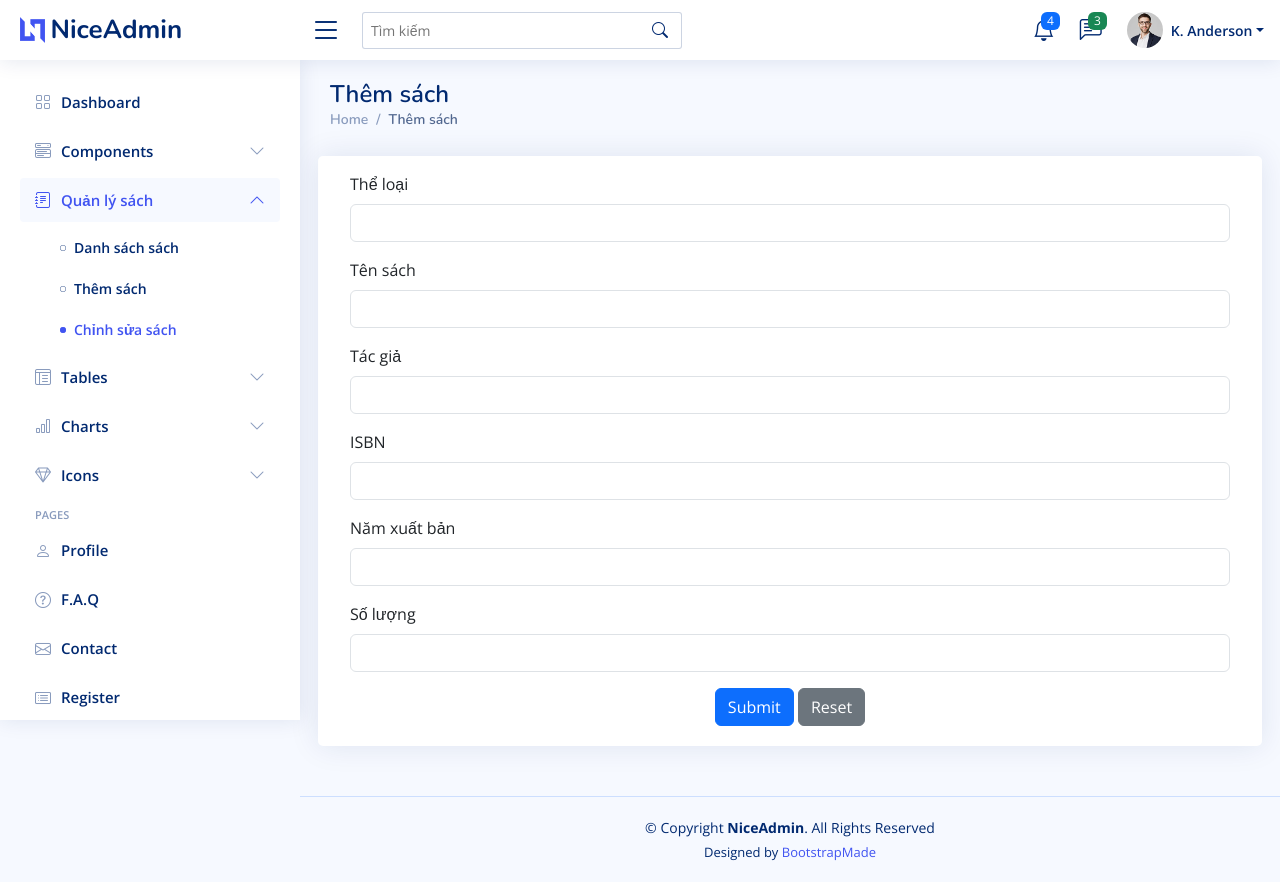
Repository: Hoainam7895123/library_manager
Page: http://localhost/library_manager/editBook.jsp
These files come from the project's save history. The page is drawn as it stood at one moment and after the next save; the edit follows.
The browser window is 1280 px wide. The pictures show the whole page.
The page is served by Tomcat 9. Other server files are loaded and not shown. The template is opened directly, without the code that normally fills it, so the values that code supplies are empty.

Above is the page before, as saved 2024-06-17 02:20:39.

### library_manager/src/main/webapp/editBook.jsp
<%@page import="java.util.ArrayList"%>
<%@page import="model.Book"%>
<%@ page language="java" contentType="text/html; charset=UTF-8"
	pageEncoding="UTF-8"%>
<!DOCTYPE html>
<html lang="en">

<head>
<meta charset="utf-8">
<meta content="width=device-width, initial-scale=1.0" name="viewport">

<title>Dashboard - NiceAdmin Bootstrap Template</title>
<meta content="" name="description">
<meta content="" name="keywords">

<!-- Favicons -->
<link href="/img/favicon.png" rel="icon">
<link href="/img/apple-touch-icon.png" rel="apple-touch-icon">

<!-- Google Fonts -->
<link href="https://fonts.gstatic.com" rel="preconnect">
<link
	href="https://fonts.googleapis.com/css?family=Open+Sans:300,300i,400,400i,600,600i,700,700i|Nunito:300,300i,400,400i,600,600i,700,700i|Poppins:300,300i,400,400i,500,500i,600,600i,700,700i"
	rel="stylesheet">

<!-- Vendor CSS Files -->
<link href="css/bootstrap.min.css" rel="stylesheet">
<link href="css/bootstrap-icons/bootstrap-icons.css" rel="stylesheet">
<link href="css/boxicons.min.css" rel="stylesheet">
<link href="css/quill.snow.css" rel="stylesheet">
<link href="css/quill.bubble.css" rel="stylesheet">
<link href="css/remixicon.css" rel="stylesheet">
<link href="css/style.css" rel="stylesheet">

<!-- Template Main CSS File -->
<link href="css/stylex.css" rel="stylesheet">

<!-- =======================================================
  * Template Name: NiceAdmin
  * Template URL: https://bootstrapmade.com/nice-admin-bootstrap-admin-html-template/
  * Updated: Apr 20 2024 with Bootstrap v5.3.3
  * Author: BootstrapMade.com
  * License: https://bootstrapmade.com/license/
  ======================================================== -->
</head>

<body>

	<!-- ======= Header ======= -->
	<header id="header" class="header fixed-top d-flex align-items-center">

		<div class="d-flex align-items-center justify-content-between">
			<a href="index.html" class="logo d-flex align-items-center"> <img
				src="assets/img/logo.png" alt=""> <span
				class="d-none d-lg-block">NiceAdmin</span>
			</a> <i class="bi bi-list toggle-sidebar-btn"></i>
		</div>
		<!-- End Logo -->

		<div class="search-bar">
			<form class="search-form d-flex align-items-center" method="GET"
				action="${pageContext.request.contextPath}/search-book">
				<input type="text" name="searchTitle" placeholder="Tìm kiếm"
					title="Enter search keyword">
				<button type="submit" title="Search">
					<i class="bi bi-search"></i>
				</button>
			</form>
		</div>
		<!-- End Search Bar -->

		<nav class="header-nav ms-auto">
			<ul class="d-flex align-items-center">

				<li class="nav-item d-block d-lg-none"><a
					class="nav-link nav-icon search-bar-toggle " href="#"> <i
						class="bi bi-search"></i>
				</a></li>
				<!-- End Search Icon-->

				<li class="nav-item dropdown"><a class="nav-link nav-icon"
					href="#" data-bs-toggle="dropdown"> <i class="bi bi-bell"></i>
						<span class="badge bg-primary badge-number">4</span>
				</a> <!-- End Notification Icon -->

					<ul
						class="dropdown-menu dropdown-menu-end dropdown-menu-arrow notifications">
						<li class="dropdown-header">You have 4 new notifications <a
							href="#"><span class="badge rounded-pill bg-primary p-2 ms-2">View
									all</span></a>
						</li>
						<li>
							<hr class="dropdown-divider">
						</li>

						<li class="notification-item"><i
							class="bi bi-exclamation-circle text-warning"></i>
							<div>
								<h4>Lorem Ipsum</h4>
								<p>Quae dolorem earum veritatis oditseno</p>
								<p>30 min. ago</p>
							</div></li>

						<li>
							<hr class="dropdown-divider">
						</li>

						<li class="notification-item"><i
							class="bi bi-x-circle text-danger"></i>
							<div>
								<h4>Atque rerum nesciunt</h4>
								<p>Quae dolorem earum veritatis oditseno</p>
								<p>1 hr. ago</p>
							</div></li>

						<li>
							<hr class="dropdown-divider">
						</li>

						<li class="notification-item"><i
							class="bi bi-check-circle text-success"></i>
							<div>
								<h4>Sit rerum fuga</h4>
								<p>Quae dolorem earum veritatis oditseno</p>
								<p>2 hrs. ago</p>
							</div></li>

						<li>
							<hr class="dropdown-divider">
						</li>

						<li class="notification-item"><i
							class="bi bi-info-circle text-primary"></i>
							<div>
								<h4>Dicta reprehenderit</h4>
								<p>Quae dolorem earum veritatis oditseno</p>
								<p>4 hrs. ago</p>
							</div></li>

						<li>
							<hr class="dropdown-divider">
						</li>
						<li class="dropdown-footer"><a href="#">Show all
								notifications</a></li>

					</ul> <!-- End Notification Dropdown Items --></li>
				<!-- End Notification Nav -->

				<li class="nav-item dropdown"><a class="nav-link nav-icon"
					href="#" data-bs-toggle="dropdown"> <i
						class="bi bi-chat-left-text"></i> <span
						class="badge bg-success badge-number">3</span>
				</a> <!-- End Messages Icon -->

					<ul
						class="dropdown-menu dropdown-menu-end dropdown-menu-arrow messages">
						<li class="dropdown-header">You have 3 new messages <a
							href="#"><span class="badge rounded-pill bg-primary p-2 ms-2">View
									all</span></a>
						</li>
						<li>
							<hr class="dropdown-divider">
						</li>

						<li class="message-item"><a href="#"> <img
								src="assets/img/messages-1.jpg" alt="" class="rounded-circle">
								<div>
									<h4>Maria Hudson</h4>
									<p>Velit asperiores et ducimus soluta repudiandae labore
										officia est ut...</p>
									<p>4 hrs. ago</p>
								</div>
						</a></li>
						<li>
							<hr class="dropdown-divider">
						</li>

						<li class="message-item"><a href="#"> <img
								src="assets/img/messages-2.jpg" alt="" class="rounded-circle">
								<div>
									<h4>Anna Nelson</h4>
									<p>Velit asperiores et ducimus soluta repudiandae labore
										officia est ut...</p>
									<p>6 hrs. ago</p>
								</div>
						</a></li>
						<li>
							<hr class="dropdown-divider">
						</li>

						<li class="message-item"><a href="#"> <img
								src="assets/img/messages-3.jpg" alt="" class="rounded-circle">
								<div>
									<h4>David Muldon</h4>
									<p>Velit asperiores et ducimus soluta repudiandae labore
										officia est ut...</p>
									<p>8 hrs. ago</p>
								</div>
						</a></li>
						<li>
							<hr class="dropdown-divider">
						</li>

						<li class="dropdown-footer"><a href="#">Show all messages</a>
						</li>

					</ul> <!-- End Messages Dropdown Items --></li>
				<!-- End Messages Nav -->

				<li class="nav-item dropdown pe-3"><a
					class="nav-link nav-profile d-flex align-items-center pe-0"
					href="#" data-bs-toggle="dropdown"> <img
						src="assets/img/profile-img.jpg" alt="Profile"
						class="rounded-circle"> <span
						class="d-none d-md-block dropdown-toggle ps-2">K. Anderson</span>
				</a> <!-- End Profile Iamge Icon -->

					<ul
						class="dropdown-menu dropdown-menu-end dropdown-menu-arrow profile">
						<li class="dropdown-header">
							<h6>Kevin Anderson</h6> <span>Web Designer</span>
						</li>
						<li>
							<hr class="dropdown-divider">
						</li>

						<li><a class="dropdown-item d-flex align-items-center"
							href="users-profile.html"> <i class="bi bi-person"></i> <span>My
									Profile</span>
						</a></li>
						<li>
							<hr class="dropdown-divider">
						</li>

						<li><a class="dropdown-item d-flex align-items-center"
							href="users-profile.html"> <i class="bi bi-gear"></i> <span>Account
									Settings</span>
						</a></li>
						<li>
							<hr class="dropdown-divider">
						</li>

						<li><a class="dropdown-item d-flex align-items-center"
							href="pages-faq.html"> <i class="bi bi-question-circle"></i>
								<span>Need Help?</span>
						</a></li>
						<li>
							<hr class="dropdown-divider">
						</li>

						<li><a class="dropdown-item d-flex align-items-center"
							href="#"> <i class="bi bi-box-arrow-right"></i> <span>Sign
									Out</span>
						</a></li>

					</ul> <!-- End Profile Dropdown Items --></li>
				<!-- End Profile Nav -->

			</ul>
		</nav>
		<!-- End Icons Navigation -->

	</header>
	<!-- End Header -->

	<!-- ======= Sidebar ======= -->
  <aside id="sidebar" class="sidebar">

    <ul class="sidebar-nav" id="sidebar-nav">

      <li class="nav-item">
        <a class="nav-link collapsed" href="index.html">
          <i class="bi bi-grid"></i>
          <span>Dashboard</span>
        </a>
      </li><!-- End Dashboard Nav -->

      <li class="nav-item">
        <a class="nav-link collapsed" data-bs-target="#components-nav" data-bs-toggle="collapse" href="#">
          <i class="bi bi-menu-button-wide"></i><span>Components</span><i class="bi bi-chevron-down ms-auto"></i>
        </a>
        <ul id="components-nav" class="nav-content collapse " data-bs-parent="#sidebar-nav">
          <li>
            <a href="components-alerts.html">
              <i class="bi bi-circle"></i><span>Alerts</span>
            </a>
          </li>
          <li>
            <a href="components-accordion.html">
              <i class="bi bi-circle"></i><span>Accordion</span>
            </a>
          </li>
          <li>
            <a href="components-badges.html">
              <i class="bi bi-circle"></i><span>Badges</span>
            </a>
          </li>
          <li>
            <a href="components-breadcrumbs.html">
              <i class="bi bi-circle"></i><span>Breadcrumbs</span>
            </a>
          </li>
          <li>
            <a href="components-buttons.html">
              <i class="bi bi-circle"></i><span>Buttons</span>
            </a>
          </li>
          <li>
            <a href="components-cards.html">
              <i class="bi bi-circle"></i><span>Cards</span>
            </a>
          </li>
          <li>
            <a href="components-carousel.html">
              <i class="bi bi-circle"></i><span>Carousel</span>
            </a>
          </li>
          <li>
            <a href="components-list-group.html">
              <i class="bi bi-circle"></i><span>List group</span>
            </a>
          </li>
          <li>
            <a href="components-modal.html">
              <i class="bi bi-circle"></i><span>Modal</span>
            </a>
          </li>
          <li>
            <a href="components-tabs.html">
              <i class="bi bi-circle"></i><span>Tabs</span>
            </a>
          </li>
          <li>
            <a href="components-pagination.html">
              <i class="bi bi-circle"></i><span>Pagination</span>
            </a>
          </li>
          <li>
            <a href="components-progress.html">
              <i class="bi bi-circle"></i><span>Progress</span>
            </a>
          </li>
          <li>
            <a href="components-spinners.html">
              <i class="bi bi-circle"></i><span>Spinners</span>
            </a>
          </li>
          <li>
            <a href="components-tooltips.html">
              <i class="bi bi-circle"></i><span>Tooltips</span>
            </a>
          </li>
        </ul>
      </li><!-- End Components Nav -->

      <li class="nav-item">
        <a class="nav-link " data-bs-target="#forms-nav" data-bs-toggle="collapse" href="#">
          <i class="bi bi-journal-text"></i><span>Quản lý sách</span><i class="bi bi-chevron-down ms-auto"></i>
        </a>
        <ul id="forms-nav" class="nav-content collapse show" data-bs-parent="#sidebar-nav">
          <li>
            <a href="forms-elements.html">
              <i class="bi bi-circle"></i><span>Danh sách sách</span>
            </a>
          </li>
          <li>
            <a href="forms-layouts.html" >
              <i class="bi bi-circle"></i><span>Thêm sách</span>
            </a>
          </li>
          <li>
            <a href="forms-editors.html" class="active">
              <i class="bi bi-circle"></i><span>Chỉnh sửa sách</span>
            </a>
          </li>
        </ul>
      </li><!-- End Forms Nav -->

      <li class="nav-item">
        <a class="nav-link collapsed" data-bs-target="#tables-nav" data-bs-toggle="collapse" href="#">
          <i class="bi bi-layout-text-window-reverse"></i><span>Tables</span><i class="bi bi-chevron-down ms-auto"></i>
        </a>
        <ul id="tables-nav" class="nav-content collapse " data-bs-parent="#sidebar-nav">
          <li>
            <a href="tables-general.html">
              <i class="bi bi-circle"></i><span>General Tables</span>
            </a>
          </li>
          <li>
            <a href="tables-data.html">
              <i class="bi bi-circle"></i><span>Data Tables</span>
            </a>
          </li>
        </ul>
      </li><!-- End Tables Nav -->

      <li class="nav-item">
        <a class="nav-link collapsed" data-bs-target="#charts-nav" data-bs-toggle="collapse" href="#">
          <i class="bi bi-bar-chart"></i><span>Charts</span><i class="bi bi-chevron-down ms-auto"></i>
        </a>
        <ul id="charts-nav" class="nav-content collapse " data-bs-parent="#sidebar-nav">
          <li>
            <a href="charts-chartjs.html">
              <i class="bi bi-circle"></i><span>Chart.js</span>
            </a>
          </li>
          <li>
            <a href="charts-apexcharts.html">
              <i class="bi bi-circle"></i><span>ApexCharts</span>
            </a>
          </li>
          <li>
            <a href="charts-echarts.html">
              <i class="bi bi-circle"></i><span>ECharts</span>
            </a>
          </li>
        </ul>
      </li><!-- End Charts Nav -->

      <li class="nav-item">
        <a class="nav-link collapsed" data-bs-target="#icons-nav" data-bs-toggle="collapse" href="#">
          <i class="bi bi-gem"></i><span>Icons</span><i class="bi bi-chevron-down ms-auto"></i>
        </a>
        <ul id="icons-nav" class="nav-content collapse " data-bs-parent="#sidebar-nav">
          <li>
            <a href="icons-bootstrap.html">
              <i class="bi bi-circle"></i><span>Bootstrap Icons</span>
            </a>
          </li>
          <li>
            <a href="icons-remix.html">
              <i class="bi bi-circle"></i><span>Remix Icons</span>
            </a>
          </li>
          <li>
            <a href="icons-boxicons.html">
              <i class="bi bi-circle"></i><span>Boxicons</span>
            </a>
          </li>
        </ul>
      </li><!-- End Icons Nav -->

      <li class="nav-heading">Pages</li>

      <li class="nav-item">
        <a class="nav-link collapsed" href="users-profile.html">
          <i class="bi bi-person"></i>
          <span>Profile</span>
        </a>
      </li><!-- End Profile Page Nav -->

      <li class="nav-item">
        <a class="nav-link collapsed" href="pages-faq.html">
          <i class="bi bi-question-circle"></i>
          <span>F.A.Q</span>
        </a>
      </li><!-- End F.A.Q Page Nav -->

      <li class="nav-item">
        <a class="nav-link collapsed" href="pages-contact.html">
          <i class="bi bi-envelope"></i>
          <span>Contact</span>
        </a>
      </li><!-- End Contact Page Nav -->

      <li class="nav-item">
        <a class="nav-link collapsed" href="pages-register.html">
          <i class="bi bi-card-list"></i>
          <span>Register</span>
        </a>
      </li><!-- End Register Page Nav -->

      <li class="nav-item">
        <a class="nav-link collapsed" href="pages-login.html">
          <i class="bi bi-box-arrow-in-right"></i>
          <span>Login</span>
        </a>
      </li><!-- End Login Page Nav -->

      <li class="nav-item">
        <a class="nav-link collapsed" href="pages-error-404.html">
          <i class="bi bi-dash-circle"></i>
          <span>Error 404</span>
        </a>
      </li><!-- End Error 404 Page Nav -->

      <li class="nav-item">
        <a class="nav-link collapsed" href="pages-blank.html">
          <i class="bi bi-file-earmark"></i>
          <span>Blank</span>
        </a>
      </li><!-- End Blank Page Nav -->

    </ul>

  </aside><!-- End Sidebar-->

	<main id="main" class="main">

		<div class="pagetitle">
			<div class="row">
				<div class="col-10">
					<h1>Thêm sách</h1>
					<nav>
						<ol class="breadcrumb">
							<li class="breadcrumb-item"><a href="index.html">Home</a></li>
							<li class="breadcrumb-item active">Thêm sách</li>
						</ol>
					</nav>
				</div>
				<div class="col-2"></div>
			</div>
		</div>
		<!-- End Page Title -->

		<section class="section dashboard">
			<div class="row">
				<%
            		String message = request.getParameter("message");
            		if ("addSuccess".equals(message)) {
        		%>
        		<script type="text/javascript">
            		alert('Thêm sách thành công!');
        		</script>
        		<%
            		}
        		%>
				<!-- Vertical Form -->
				<div class="card">
					<div class="card-body">
						<!-- Vertical Form -->
						<form class="row g-3"
							action="${pageContext.request.contextPath}/update-book"
							method="post">
							<input type="hidden" name="bookId" value="${book.book_id}">
							<div class="col-12 pt-3">
								<label for="input_category" class="form-label">Thể loại</label>
								<input type="text" class="form-control" id="input_category" name="category">
							</div>
							<div class="col-12">
								<label for="input_title" class="form-label">Tên sách</label> <input
									type="text" class="form-control" id="input_title" name="title">
							</div>
							<div class="col-12">
								<label for="input_author" class="form-label">Tác giả</label> <input
									type="text" class="form-control" id="input_author"
									name="author">
							</div>
							<div class="col-12">
								<label for="input_isbn" class="form-label">ISBN</label> <input
									type="text" class="form-control" id="input_isbn" name="isbn">
							</div>
							<div class="col-12">
								<label for="input_published_year" class="form-label">Năm
									xuất bản</label> <input type="text" class="form-control"
									id="input_published_year" name="published_year">
							</div>
							<div class="col-12">
								<label for="input_number_of_copies" class="form-label">Số
									lượng</label> <input type="text" class="form-control"
									id="input_number_of_copies" name="number_of_copies">
							</div>
							<div class="text-center">
								<button type="submit" class="btn btn-primary">Submit</button>
								<button type="reset" class="btn btn-secondary">Reset</button>
							</div>
						</form>

						<!-- Vertical Form -->

					</div>
				</div>
			</div>
		</section>

	</main>
	<!-- End #main -->

	<!-- ======= Footer ======= -->
	<footer id="footer" class="footer">
		<div class="copyright">
			&copy; Copyright <strong><span>NiceAdmin</span></strong>. All Rights
			Reserved
		</div>
		<div class="credits">
			<!-- All the links in the footer should remain intact. -->
			<!-- You can delete the links only if you purchased the pro version. -->
			<!-- Licensing information: https://bootstrapmade.com/license/ -->
			<!-- Purchase the pro version with working PHP/AJAX contact form: https://bootstrapmade.com/nice-admin-bootstrap-admin-html-template/ -->
			Designed by <a href="https://bootstrapmade.com/">BootstrapMade</a>
		</div>
	</footer>
	<!-- End Footer -->

	<a href="#"
		class="back-to-top d-flex align-items-center justify-content-center"><i
		class="bi bi-arrow-up-short"></i></a>

	<!-- Vendor JS Files -->
	<script src="${pageContext.request.contextPath}/js/apexcharts.min.js"></script>
	<script
		src="${pageContext.request.contextPath}/js/bootstrap.bundle.min.js"></script>

	<script src="/js/echarts.min.js"></script>

	<script src="/js/tinymce.min.js"></script>
	<script src="/js/validate.js"></script>
	<!-- Template Main JS File -->
	<script src="/js/main.js"></script>

</body>

</html>

Loaded but not shown: library_manager/src/main/webapp/css/bootstrap.min.css (library); library_manager/src/main/webapp/css/bootstrap-icons/bootstrap-icons.css (library); library_manager/src/main/webapp/css/boxicons.min.css (library); library_manager/src/main/webapp/css/quill.snow.css (library); library_manager/src/main/webapp/css/quill.bubble.css (library); library_manager/src/main/webapp/js/apexcharts.min.js (library); library_manager/src/main/webapp/js/bootstrap.bundle.min.js (library); library_manager/src/main/webapp/js/echarts.min.js (library); library_manager/src/main/webapp/js/tinymce.min.js (library); library_manager/src/main/webapp/js/main.js (319 lines, source omitted); library_manager/src/main/webapp/js/validate.js (85 lines, source omitted); library_manager/src/main/webapp/css/remixicon.css (2895 lines, source omitted); library_manager/src/main/webapp/css/stylex.css (1233 lines, source omitted); library_manager/src/main/webapp/css/style.css (233 lines, source omitted)

After the next save:
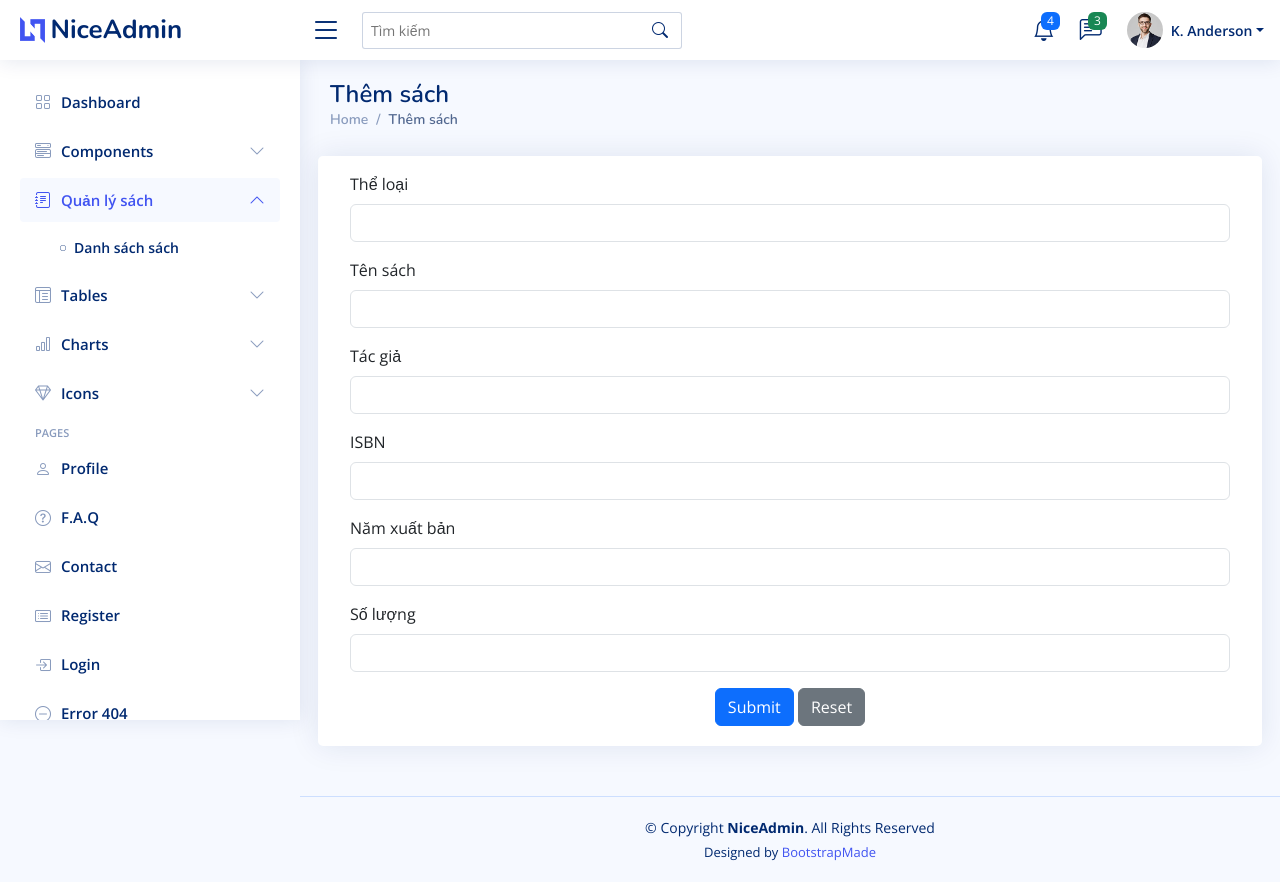
Saved 3 min 22 s later.
--- a/library_manager/src/main/webapp/editBook.jsp
+++ b/library_manager/src/main/webapp/editBook.jsp
@@ -363,7 +363,7 @@
               <i class="bi bi-circle"></i><span>Danh sách sách</span>
             </a>
           </li>
-          <li>
+          <!-- <li>
             <a href="forms-layouts.html" >
               <i class="bi bi-circle"></i><span>Thêm sách</span>
             </a>
@@ -372,7 +372,7 @@
             <a href="forms-editors.html" class="active">
               <i class="bi bi-circle"></i><span>Chỉnh sửa sách</span>
             </a>
-          </li>
+          </li> -->
         </ul>
       </li><!-- End Forms Nav -->
 
